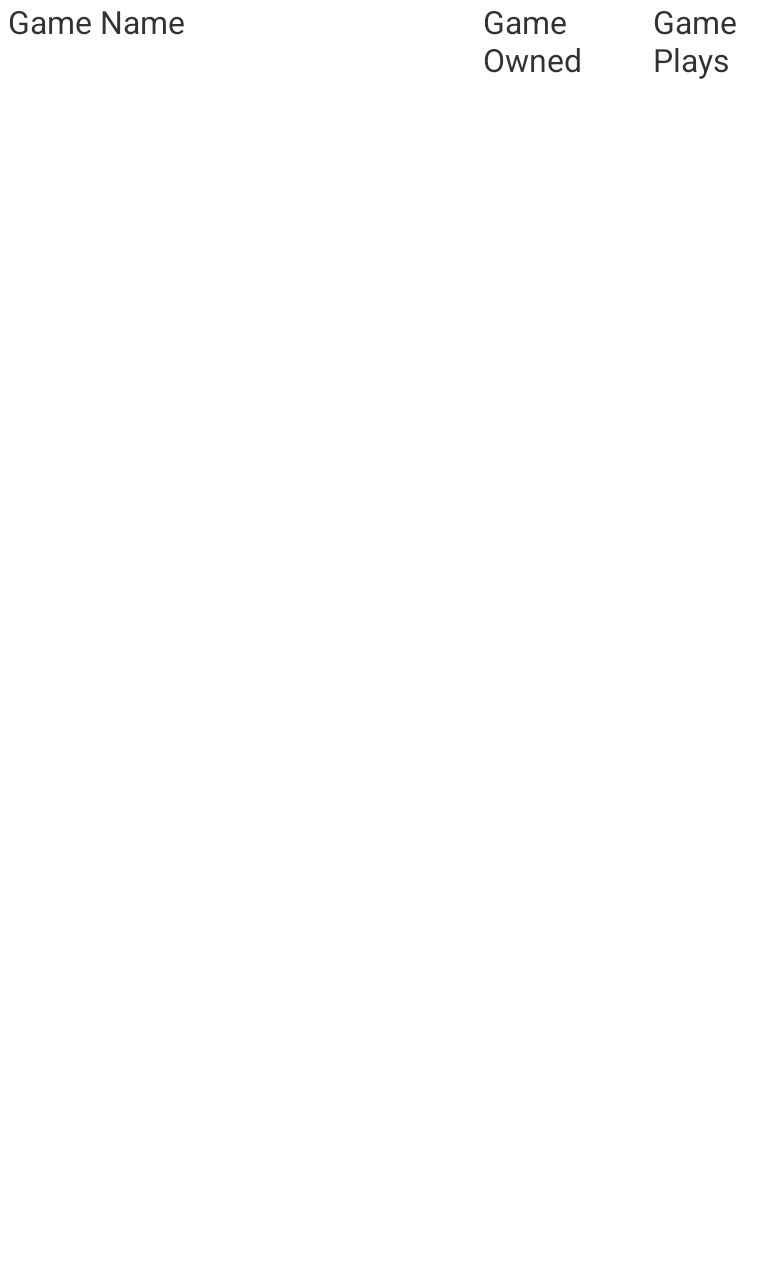
Repository: stewartwinter/bggpersonal
Layout: BGGPersonal/res/layout/collection_item_game.xml
These files come from the project's save history. The layout is drawn as it stood at one moment and after the next save; the edit follows.
It is drawn on a 768 x 1280 px phone screen (xhdpi) without system bars, with theme AppTheme; the app's code is not run.

Above is the layout before, as saved 2014-03-15 17:22:16.

### BGGPersonal/res/layout/collection_item_game.xml
<?xml version="1.0" encoding="utf-8"?>
<LinearLayout xmlns:android="http://schemas.android.com/apk/res/android"
    android:layout_width="fill_parent"
    android:layout_height="wrap_content"
    >

        <RelativeLayout
            android:layout_width="wrap_content"
            android:layout_height="wrap_content"
            android:layout_weight="10">
			<TextView
			    	android:id="@+id/collection_item_game_name"
			    	android:layout_width="wrap_content"
			    	android:layout_height="wrap_content"
			    	android:paddingLeft="4dp"
			    	android:paddingRight="10dp"
			    	android:text="Game Name"
			    	android:textSize="16sp"
			    	android:width="400dp"
			    />
		</RelativeLayout>

                <RelativeLayout
            android:layout_width="wrap_content"
            android:layout_height="wrap_content"
            android:layout_weight="2">
<TextView
    	android:id="@+id/collection_item_game_owned"
    	android:layout_width="wrap_content"
    	android:layout_height="wrap_content"
    	android:paddingLeft="10dp"
    	android:paddingRight="10dp"
    	android:text="Game Owned"
    	android:textSize="16sp"
    	android:layout_weight="2"
    />
		</RelativeLayout>

                <RelativeLayout
            android:layout_width="wrap_content"
            android:layout_height="wrap_content"
            android:layout_weight="2">
<TextView
    	android:id="@+id/collection_item_game_plays"
    	android:layout_width="wrap_content"
    	android:layout_height="wrap_content"
    	android:paddingLeft="10dp"
    	android:paddingRight="4dp"
    	android:text="Game Plays"
    	android:textSize="16sp"
    	android:layout_weight="2"
    />
</RelativeLayout>
</LinearLayout>

Loaded but not shown: BGGPersonal/res/values/styles.xml (common file); BGGPersonal/res/values-v11/styles.xml (common file); BGGPersonal/res/values-v14/styles.xml (common file)

After the next save:
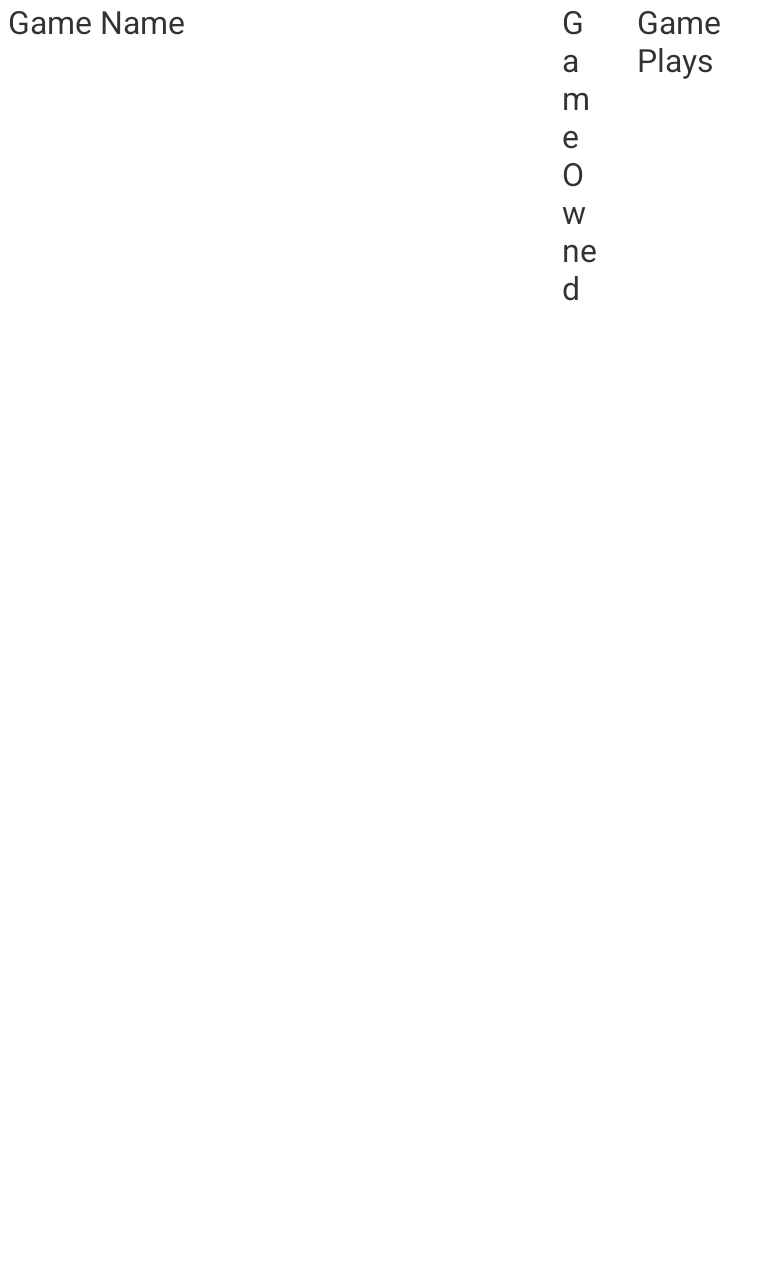
Saved 59 s later.
--- a/BGGPersonal/res/layout/collection_item_game.xml
+++ b/BGGPersonal/res/layout/collection_item_game.xml
@@ -33,6 +33,7 @@
     	android:text="Game Owned"
     	android:textSize="16sp"
     	android:layout_weight="2"
+    	android:width="60dp"
     />
 		</RelativeLayout>
 
